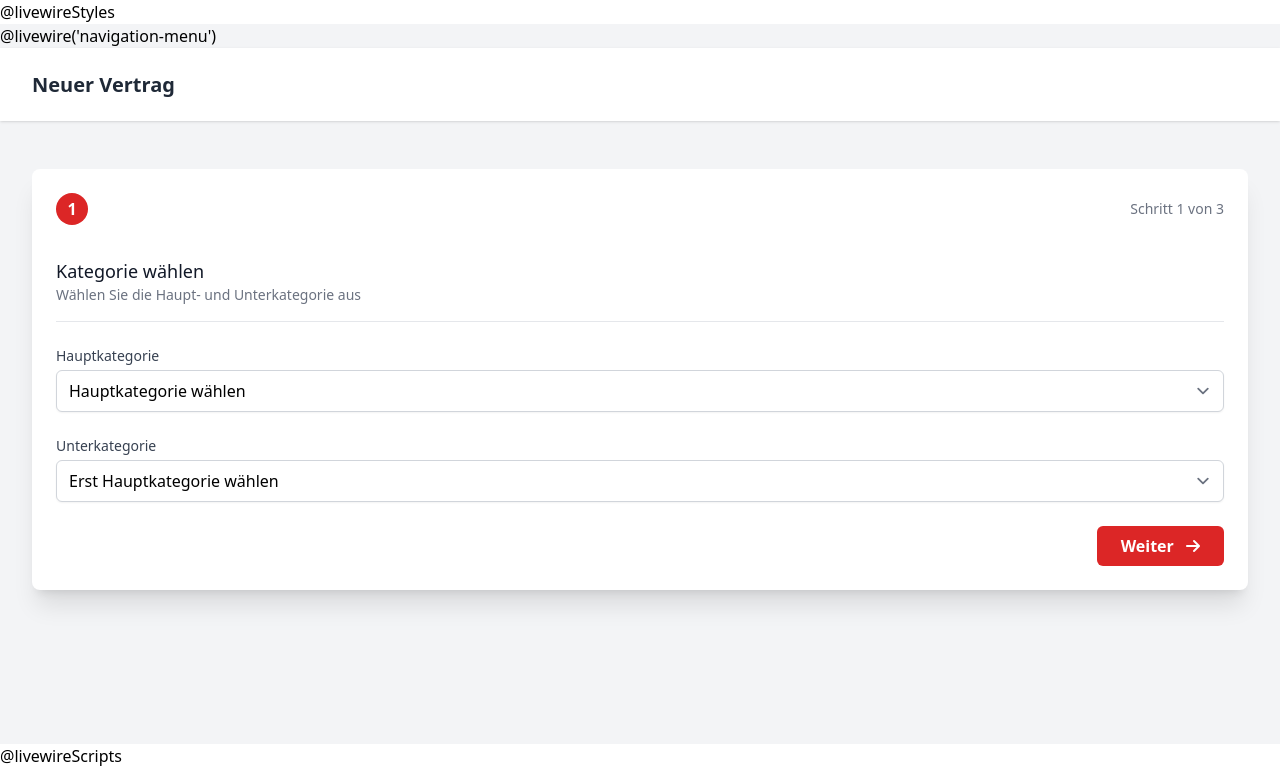
Repository: asanduk/vodafone
Page: resources/views/contracts/create.blade.php
The author's editor kept a copy of each file at every save. The page is drawn from the files as they stood at one save, then again after the next save.
The browser window is 1280 px wide. The pictures show the whole page.
The page is served by the project's Laravel application, run on PHP 8.4 with Laravel 12. Other server files are loaded and not shown. The template is opened directly, without the code that normally fills it, so the values that code supplies are empty.

Above is the page before, as saved 2025-04-01 00:07:06.

### routes/web.php
<?php

use Illuminate\Support\Facades\Route;
use App\Http\Controllers\ContractController;
use App\Http\Controllers\Admin\CategoryController;

// Ana sayfa
Route::get('/', function () {
    return view('welcome');
});

// Auth gerektiren rotalar
Route::middleware([
    'auth:sanctum',
    config('jetstream.auth_session'),
    'verified'
])->group(function () {
    // Normal kullanıcı rotaları
    Route::get('/dashboard', [ContractController::class, 'dashboard'])->name('dashboard');
    Route::get('/categories/{category}/subcategories', [ContractController::class, 'getSubcategories'])->name('categories.subcategories');
    Route::resource('contracts', ContractController::class);
});

// Admin rotaları
Route::group([
    'prefix' => 'admin',
    'middleware' => ['auth:sanctum', 'verified', \App\Http\Middleware\AdminMiddleware::class],
    'as' => 'admin.',
], function () {
    Route::get('/categories', [CategoryController::class, 'index'])->name('categories.index');
    Route::put('/categories/{category}', [CategoryController::class, 'update'])->name('categories.update');
});

### resources/views/contracts/create.blade.php
<x-app-layout>
    <x-slot name="header">
        <h2 class="font-semibold text-xl text-gray-800 leading-tight">
            {{ __('Neuer Vertrag') }}
        </h2>
    </x-slot>

    <div class="py-12">
        <div class="max-w-3xl mx-auto sm:px-6 lg:px-8">
            <div class="bg-white overflow-hidden shadow-xl sm:rounded-lg p-6">
                <div class="mb-6">
                    <div class="flex justify-between items-center mb-8">
                        <div class="flex space-x-4">
                            <div class="flex items-center">
                                <div id="step1-indicator" class="w-8 h-8 rounded-full bg-red-600 text-white flex items-center justify-center font-bold">1</div>
                                <div class="h-1 w-8 bg-gray-300 ml-2"></div>
                            </div>
                            <div class="flex items-center">
                                <div id="step2-indicator" class="w-8 h-8 rounded-full bg-gray-300 text-white flex items-center justify-center font-bold">2</div>
                                <div class="h-1 w-8 bg-gray-300 ml-2"></div>
                            </div>
                            <div class="flex items-center">
                                <div id="step3-indicator" class="w-8 h-8 rounded-full bg-gray-300 text-white flex items-center justify-center font-bold">3</div>
                            </div>
                        </div>
                        <div id="step-text" class="text-sm text-gray-500">Schritt 1 von 3</div>
                    </div>
                </div>

                <form id="contractForm" action="{{ route('contracts.store') }}" method="POST" class="space-y-6">
                    @csrf

                    <!-- Schritt 1: Kategorie Auswahl -->
                    <div id="step1" class="space-y-6">
                        <div class="border-b pb-4 mb-4">
                            <h3 class="text-lg font-medium text-gray-900">Kategorie wählen</h3>
                            <p class="text-sm text-gray-500">Wählen Sie die Haupt- und Unterkategorie aus</p>
                        </div>

                        <div class="grid grid-cols-1 gap-6">
                            <div>
                                <x-label for="category_id" value="{{ __('Hauptkategorie') }}" />
                                <select name="category_id" id="category_id" class="mt-1 block w-full border-gray-300 rounded-md shadow-sm focus:ring-red-500 focus:border-red-500">
                                    <option value="">Hauptkategorie wählen</option>
                                    @foreach($mainCategories as $category)
                                        <option value="{{ $category->id }}">{{ $category->name }}</option>
                                    @endforeach
                                </select>
                                @error('category_id')
                                    <p class="text-red-500 text-xs mt-1">{{ $message }}</p>
                                @enderror
                            </div>

                            <div>
                                <x-label for="subcategory_id" value="{{ __('Unterkategorie') }}" />
                                <select name="subcategory_id" id="subcategory_id" class="mt-1 block w-full border-gray-300 rounded-md shadow-sm focus:ring-red-500 focus:border-red-500">
                                    <option value="">Erst Hauptkategorie wählen</option>
                                </select>
                                @error('subcategory_id')
                                    <p class="text-red-500 text-xs mt-1">{{ $message }}</p>
                                @enderror
                            </div>
                        </div>

                        <div class="flex justify-end mt-6">
                            <button type="button" onclick="nextStep(1)" class="bg-red-600 hover:bg-red-700 text-white font-bold py-2 px-6 rounded-md">
                                Weiter <i class="fas fa-arrow-right ml-2"></i>
                            </button>
                        </div>
                    </div>

                    <!-- Schritt 2: Vertragsdaten -->
                    <div id="step2" class="hidden space-y-6">
                        <div class="border-b pb-4 mb-4">
                            <h3 class="text-lg font-medium text-gray-900">Vertragsdaten</h3>
                            <p class="text-sm text-gray-500">Geben Sie die Vertragsinformationen ein</p>
                        </div>

                        <div class="grid grid-cols-1 gap-6">
                            <div>
                                <x-label for="contract_date" value="{{ __('Vertragsdatum') }}" />
                                <x-input id="contract_date" type="date" name="contract_date" class="mt-1 block w-full" :value="old('contract_date')" required />
                                @error('contract_date')
                                    <p class="text-red-500 text-xs mt-1">{{ $message }}</p>
                                @enderror
                            </div>

                            <div>
                                <x-label for="contract_number" value="{{ __('Vertragsnummer (optional)') }}" />
                                <x-input id="contract_number" type="text" name="contract_number" class="mt-1 block w-full" :value="old('contract_number')" />
                                @error('contract_number')
                                    <p class="text-red-500 text-xs mt-1">{{ $message }}</p>
                                @enderror
                            </div>
                        </div>

                        <div class="flex justify-between mt-6">
                            <button type="button" onclick="prevStep(2)" class="bg-gray-500 hover:bg-gray-600 text-white font-bold py-2 px-6 rounded-md">
                                <i class="fas fa-arrow-left mr-2"></i> Zurück
                            </button>
                            <button type="button" onclick="nextStep(2)" class="bg-red-600 hover:bg-red-700 text-white font-bold py-2 px-6 rounded-md">
                                Weiter <i class="fas fa-arrow-right ml-2"></i>
                            </button>
                        </div>
                    </div>

                    <!-- Schritt 3: Kundeninformationen und Provision -->
                    <div id="step3" class="hidden space-y-6">
                        <div class="border-b pb-4 mb-4">
                            <h3 class="text-lg font-medium text-gray-900">Kundeninformationen</h3>
                            <p class="text-sm text-gray-500">Geben Sie die Kundeninformationen ein</p>
                        </div>

                        <div class="grid grid-cols-1 gap-6">
                            <div>
                                <x-label for="customer_name" value="{{ __('Kundenname (optional)') }}" />
                                <x-input id="customer_name" type="text" name="customer_name" class="mt-1 block w-full" :value="old('customer_name')" />
                                @error('customer_name')
                                    <p class="text-red-500 text-xs mt-1">{{ $message }}</p>
                                @enderror
                            </div>

                            <div>
                                <x-label for="commission_amount" value="{{ __('Provision (€)') }}" />
                                <x-input id="commission_amount" type="number" step="0.01" name="commission_amount" class="mt-1 block w-full bg-gray-100" readonly />
                                <p class="text-sm text-gray-500 mt-1">
                                    <i class="fas fa-info-circle"></i>
                                    Wird automatisch berechnet
                                </p>
                            </div>
                        </div>

                        <div class="flex justify-between mt-6">
                            <button type="button" onclick="prevStep(3)" class="bg-gray-500 hover:bg-gray-600 text-white font-bold py-2 px-6 rounded-md">
                                <i class="fas fa-arrow-left mr-2"></i> Zurück
                            </button>
                            <button type="submit" class="bg-red-600 hover:bg-red-700 text-white font-bold py-2 px-6 rounded-md">
                                <i class="fas fa-check mr-2"></i> Vertrag erstellen
                            </button>
                        </div>
                    </div>
                </form>
            </div>
        </div>
    </div>

    @push('scripts')
    <script>
        // Adım göstergesini güncelleyen fonksiyon
        function updateStepIndicators(activeStep) {
            // Adım numaralarını güncelle
            const indicators = document.querySelectorAll('.rounded-full');
            indicators.forEach((indicator, index) => {
                if (index + 1 <= activeStep) {
                    indicator.classList.remove('bg-gray-300');
                    indicator.classList.add('bg-red-600');
                } else {
                    indicator.classList.remove('bg-red-600');
                    indicator.classList.add('bg-gray-300');
                }
            });

            // Adım metnini güncelle
            const stepText = document.querySelector('.text-sm.text-gray-500');
            if (stepText) {
                stepText.textContent = `Schritt ${activeStep} von 3`;
            }
        }

        // İleri gitme fonksiyonu
        function nextStep(currentStep) {
            // Geçerli form alanlarını kontrol et
            if (!validateStep(currentStep)) {
                return;
            }

            // Adımları değiştir
            document.getElementById(`step${currentStep}`).classList.add('hidden');
            document.getElementById(`step${currentStep + 1}`).classList.remove('hidden');

            // Göstergeleri güncelle
            updateStepIndicators(currentStep + 1);
        }

        // Geri gitme fonksiyonu
        function prevStep(currentStep) {
            document.getElementById(`step${currentStep}`).classList.add('hidden');
            document.getElementById(`step${currentStep - 1}`).classList.remove('hidden');

            // Göstergeleri güncelle
            updateStepIndicators(currentStep - 1);
        }

        // Adım validasyonu
        function validateStep(step) {
            switch(step) {
                case 1:
                    const category = document.getElementById('category_id').value;
                    const subcategory = document.getElementById('subcategory_id').value;
                    if (!category || !subcategory) {
                        alert('Bitte wählen Sie eine Haupt- und Unterkategorie aus.');
                        return false;
                    }
                    return true;

                case 2:
                    const date = document.getElementById('contract_date').value;
                    if (!date) {
                        alert('Bitte geben Sie ein Vertragsdatum ein.');
                        return false;
                    }
                    return true;

                default:
                    return true;
            }
        }

        // Sayfa yüklendiğinde ilk adımı göster
        document.addEventListener('DOMContentLoaded', function() {
            updateStepIndicators(1);

            // Diğer event listener'lar...
            const categorySelect = document.getElementById('category_id');
            const subcategorySelect = document.getElementById('subcategory_id');
            const commissionInput = document.getElementById('commission_amount');

            categorySelect.addEventListener('change', async function() {
                const categoryId = this.value;
                subcategorySelect.innerHTML = '<option value="">Unterkategorie wählen</option>';
                commissionInput.value = '';

                if (!categoryId) return;

                try {
                    const response = await fetch(`/categories/${categoryId}/subcategories`);
                    const subcategories = await response.json();

                    subcategories.forEach(subcategory => {
                        const option = new Option(subcategory.name, subcategory.id);
                        option.dataset.baseCommission = subcategory.base_commission;
                        option.dataset.commissionRate = subcategory.commission_rate;
                        subcategorySelect.add(option);
                    });
                } catch (error) {
                    console.error('Fehler:', error);
                }
            });

            subcategorySelect.addEventListener('change', function() {
                const selectedOption = this.options[this.selectedIndex];

                if (!selectedOption.value) {
                    commissionInput.value = '';
                    return;
                }

                const baseCommission = parseFloat(selectedOption.dataset.baseCommission);
                const commissionRate = parseFloat(selectedOption.dataset.commissionRate);
                const calculatedCommission = (baseCommission * commissionRate / 100).toFixed(2);
                commissionInput.value = calculatedCommission;
            });
        });
    </script>
    @endpush
</x-app-layout>

### resources/views/layouts/app.blade.php
<!DOCTYPE html>
<html lang="{{ str_replace('_', '-', app()->getLocale()) }}">
    <head>
        <meta charset="utf-8">
        <meta name="viewport" content="width=device-width, initial-scale=1">
        <meta name="csrf-token" content="{{ csrf_token() }}">
        <title>{{ config('app.name', 'Laravel') }}</title>

        <!-- Fonts -->
        <link rel="stylesheet" href="https://fonts.bunny.net/css2?family=Nunito:wght@400;600;700&display=swap">
        <link rel="stylesheet" href="https://cdnjs.cloudflare.com/ajax/libs/font-awesome/6.0.0-beta3/css/all.min.css">

        <!-- Scripts -->
        @vite(['resources/css/app.css', 'resources/js/app.js'])

        <!-- Styles -->
        @livewireStyles
    </head>
    <body class="font-sans antialiased">
        <div class="min-h-screen bg-gray-100">
            @livewire('navigation-menu')

            <!-- Page Heading -->
            @if (isset($header))
                <header class="bg-white shadow">
                    <div class="max-w-7xl mx-auto py-6 px-4 sm:px-6 lg:px-8">
                        {{ $header }}
                    </div>
                </header>
            @endif

            <!-- Page Content -->
            <main>
                {{ $slot }}
            </main>
        </div>

        @stack('modals')
        @livewireScripts
        @stack('scripts')
    </body>
</html>

Loaded but not shown: app/View/Components/AppLayout.php (common file); resources/views/components/label.blade.php (common file); resources/views/components/input.blade.php (common file)

After the next save:
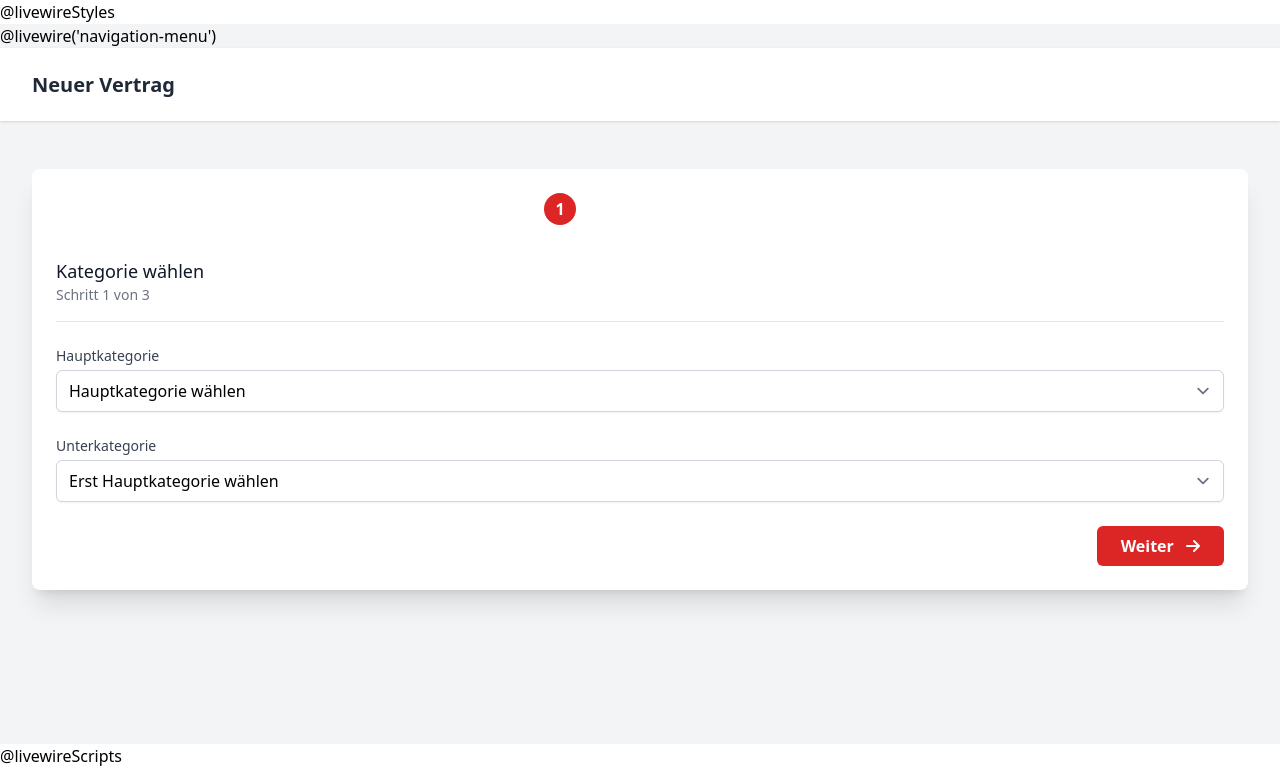
Saved 55 s later.
--- a/resources/views/contracts/create.blade.php
+++ b/resources/views/contracts/create.blade.php
@@ -9,21 +9,18 @@
         <div class="max-w-3xl mx-auto sm:px-6 lg:px-8">
             <div class="bg-white overflow-hidden shadow-xl sm:rounded-lg p-6">
                 <div class="mb-6">
-                    <div class="flex justify-between items-center mb-8">
-                        <div class="flex space-x-4">
-                            <div class="flex items-center">
-                                <div id="step1-indicator" class="w-8 h-8 rounded-full bg-red-600 text-white flex items-center justify-center font-bold">1</div>
-                                <div class="h-1 w-8 bg-gray-300 ml-2"></div>
-                            </div>
-                            <div class="flex items-center">
-                                <div id="step2-indicator" class="w-8 h-8 rounded-full bg-gray-300 text-white flex items-center justify-center font-bold">2</div>
-                                <div class="h-1 w-8 bg-gray-300 ml-2"></div>
-                            </div>
-                            <div class="flex items-center">
-                                <div id="step3-indicator" class="w-8 h-8 rounded-full bg-gray-300 text-white flex items-center justify-center font-bold">3</div>
-                            </div>
-                        </div>
-                        <div id="step-text" class="text-sm text-gray-500">Schritt 1 von 3</div>
+                    <div class="flex justify-center items-center mb-8">
+                        <div class="flex items-center">
+                            <div id="step1-indicator" class="w-8 h-8 rounded-full bg-red-600 text-white flex items-center justify-center font-bold">1</div>
+                            <div class="h-1 w-12 bg-gray-300"></div>
+                        </div>
+                        <div class="flex items-center">
+                            <div id="step2-indicator" class="w-8 h-8 rounded-full bg-gray-300 text-white flex items-center justify-center font-bold">2</div>
+                            <div class="h-1 w-12 bg-gray-300"></div>
+                        </div>
+                        <div class="flex items-center">
+                            <div id="step3-indicator" class="w-8 h-8 rounded-full bg-gray-300 text-white flex items-center justify-center font-bold">3</div>
+                        </div>
                     </div>
                 </div>
 
